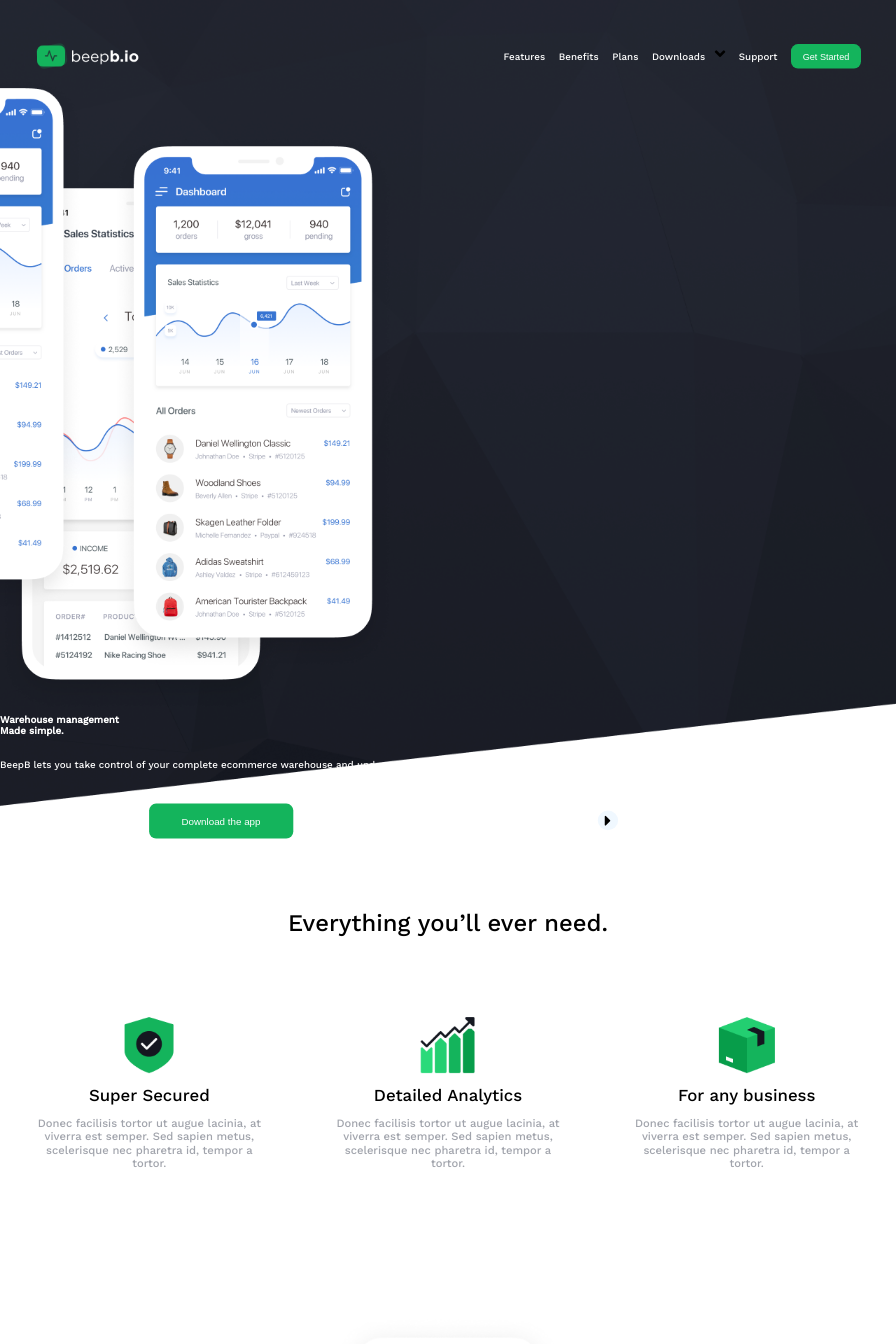
Repository: thinhnguyen347/thinhnguyen347.github.io
Page: cut-html-css/index.html
These files come from the project's save history. The page is drawn as it stood at one moment and after the next save; the edit follows.
The browser window is 1280 px wide. The pictures show the part of the page from y = 0 to 1920 px (the page is 4906 px tall), at 70% of full size.

Above is the page before, as saved 2021-11-10 19:26:06.

After the next save:
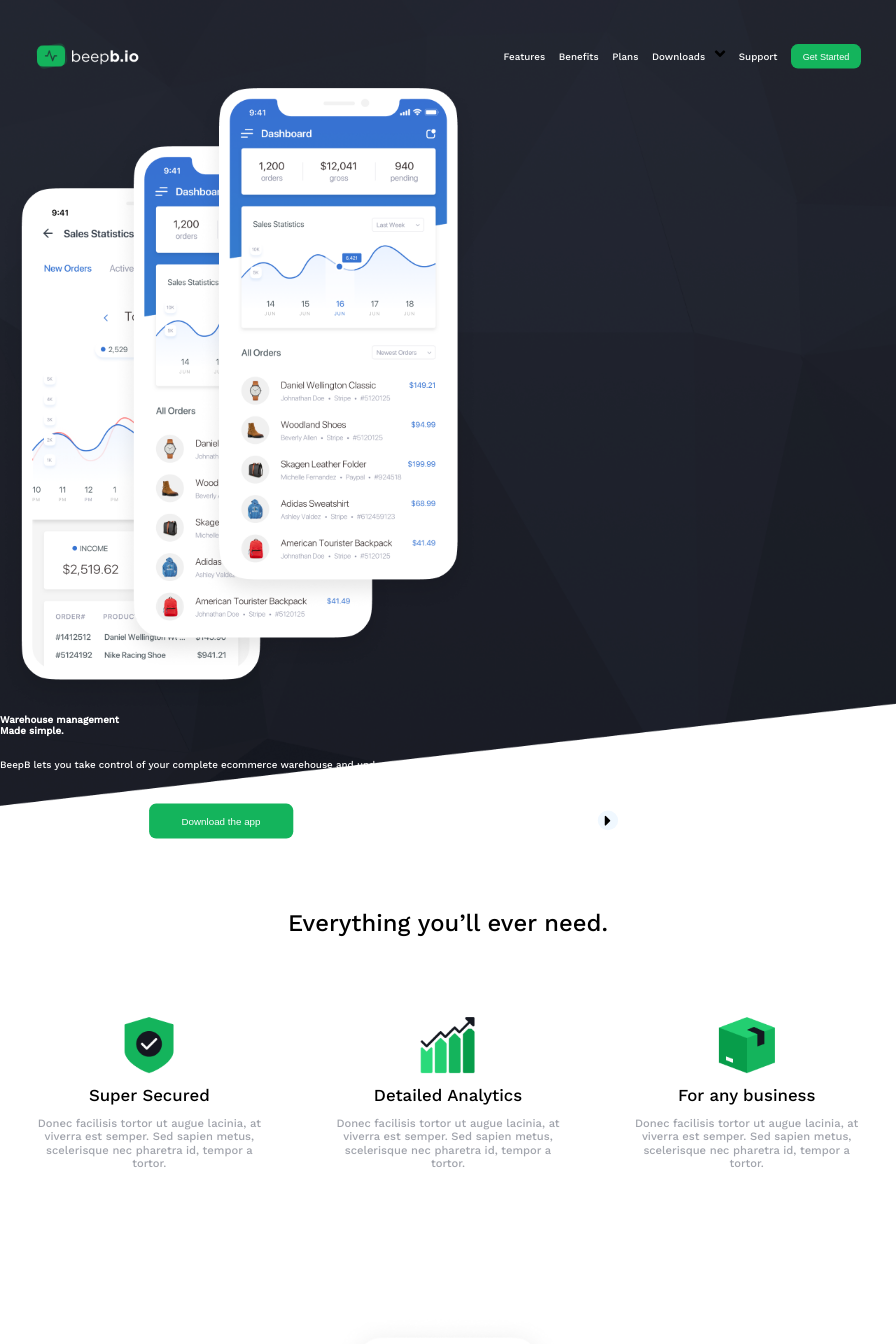
Saved 9 s later.
--- a/cut-html-css/css/style.css
+++ b/cut-html-css/css/style.css
@@ -156,7 +156,7 @@ li.menuitem:hover .drop-down {
 .iphone-x2{
   position: absolute;
   top:-10%;
-  left: -50%;
+  left: 50%;
 }
 
 .download {
